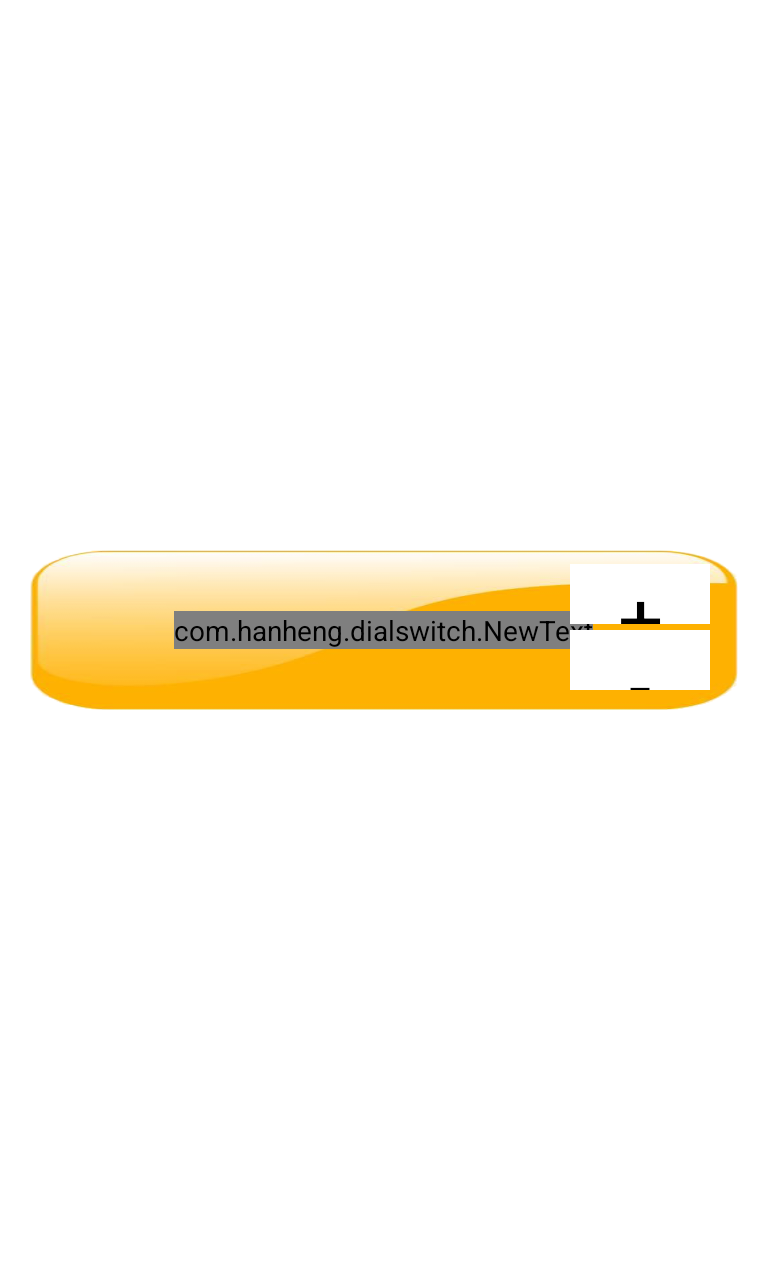
Repository: CovaWang/temporary_embedded
Layout: 7#车联·共享单车/代码/代码/res/layout/display.xml
These files come from the project's save history. The layout is drawn as it stood at one moment and after the next save; the edit follows.
Pictures or frames that could not be fetched are drawn as grey boxes. It is drawn on a 768 x 1280 px phone screen (xhdpi) without system bars, with theme AppTheme; the app's code is not run.

Above is the layout before, as saved 2024-05-15 12:03:45.

### 7#车联·共享单车/代码/代码/res/layout/display.xml
<?xml version="1.0" encoding="utf-8"?>
<LinearLayout xmlns:android="http://schemas.android.com/apk/res/android"
    android:layout_width="match_parent"
    android:layout_height="match_parent"
    android:gravity="center"
    android:orientation="vertical">

  <RelativeLayout
        android:layout_width="wrap_content"
        android:layout_height="80dp"
        android:layout_marginBottom="10dp"
        android:background="@drawable/btn">

        <com.hanheng.dialswitch.NewText
            android:layout_width="wrap_content"
            android:layout_height="wrap_content"
            android:layout_centerInParent="true"
            android:gravity="center"
            android:text="8888"
            android:textColor="#66C0C0C0"
            android:textSize="60dp"
            android:textStyle="bold" />

        <com.hanheng.dialswitch.NewText
            android:id="@+id/counterText"
            android:layout_width="wrap_content"
            android:layout_height="wrap_content"
            android:layout_centerInParent="true"
            android:layout_marginTop="5dp"
            android:gravity="center"
            android:text="0000"
            android:textSize="60dp"
            android:textStyle="bold" />

        <Button
        android:id="@+id/temp_btn_plus"
        android:layout_width="70dp"
        android:layout_height="30dp"
        android:layout_marginTop="7dp"
        android:layout_marginLeft="270dp"
        android:background="#FFFFFF"
        android:text="+"
        android:textSize="40dp"
        android:textColor="#000000" />

        <Button
        android:id="@+id/temp_btn_sub"
        android:layout_width="70dp"
        android:layout_height="30dp"
        android:layout_marginTop="40dp"
        android:layout_marginLeft="270dp"
        android:background="#FFFFFF"
        android:text="-"
        android:textSize="40dp"
        android:textColor="#000000" />
    </RelativeLayout>

</LinearLayout>

### 7#车联·共享单车/代码/代码/res/values/styles.xml
<resources>

    <!--
        Base application theme, dependent on API level. This theme is replaced
        by AppBaseTheme from res/values-vXX/styles.xml on newer devices.

    -->
    <style name="AppBaseTheme" parent="android:Theme.Light">
        <!--
            Theme customizations available in newer API levels can go in
            res/values-vXX/styles.xml, while customizations related to
            backward-compatibility can go here.

        -->
    </style>

    <!-- Application theme. -->
    <style name="AppTheme" parent="AppBaseTheme">
        <!-- All customizations that are NOT specific to a particular API-level can go here. -->
    </style>
    <!-- 高宽都包裹内容 -->
    <style name="wrapcontent">
        <item name="android:layout_width">wrap_content</item>
        <item name="android:layout_height">wrap_content</item>
    </style>

    <!-- 自定义对话框样式 -->
    <style name="dialog_custom" parent="android:style/Theme.Dialog">
        <item name="android:windowFrame">@null</item>
        <item name="android:windowNoTitle">true</item>
        <item name="android:background">#00000000</item>
        <item name="android:windowBackground">@android:color/transparent</item>
    </style>
    <!-- TextView 16sp样式 -->
    <style name="textview16sp" parent="wrapcontent">
        <item name="android:textSize">16sp</item>
        <item name="android:gravity">center_vertical</item>
    </style>

    <!-- TextView 14sp样式 -->
    <style name="textview12sp" parent="wrapcontent">
        <item name="android:textSize">12sp</item>
        <item name="android:gravity">center_vertical</item>
    </style>
    <!-- TextView 14sp样式 -->
    <style name="textview14sp" parent="wrapcontent">
        <item name="android:textSize">14sp</item>
        <item name="android:gravity">center_vertical</item>
    </style>

    <!-- 宽度为0dp,高度为包裹内容，权重为1 -->
    <style name="zero_widthwrapcontent">
        <item name="android:layout_width">0dp</item>
        <item name="android:layout_height">wrap_content</item>
        <item name="android:layout_weight">1</item>
    </style>

    <!-- 黄色14sp,图片间距为5dp的textview -->
    <style name="tvyellow14sp" parent="zero_widthwrapcontent">
        <item name="android:textSize">14sp</item>
        <item name="android:drawablePadding">3dp</item>
        <item name="android:gravity">center</item>
        <item name="android:textColor">@color/bright_yellow</item>
    </style>

</resources>

Loaded but not shown: 7#车联·共享单车/代码/代码/res/values-v11/styles.xml (common file); 7#车联·共享单车/代码/代码/res/values-v14/styles.xml (common file)

After the next save:
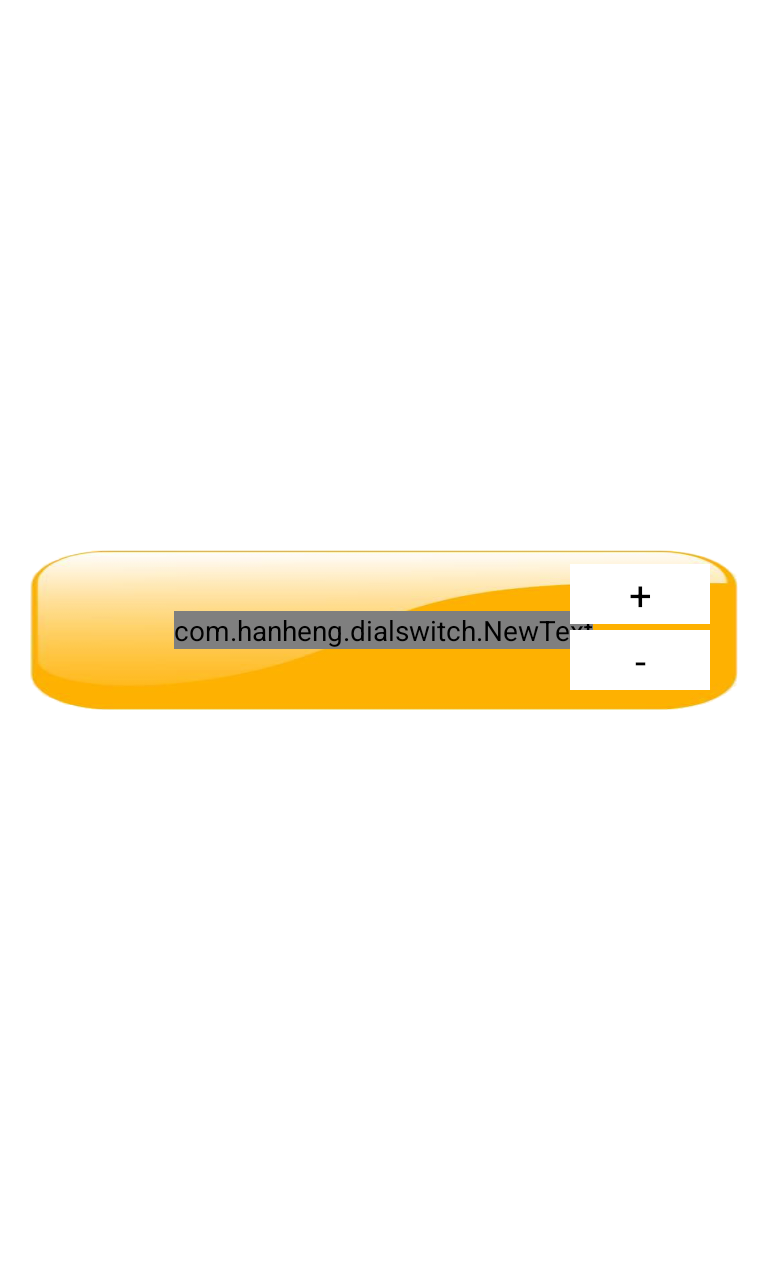
Saved 26 s later.
--- a/7#车联·共享单车/代码/代码/res/layout/display.xml
+++ b/7#车联·共享单车/代码/代码/res/layout/display.xml
@@ -40,7 +40,7 @@
         android:layout_marginLeft="270dp"
         android:background="#FFFFFF"
         android:text="+"
-        android:textSize="40dp"
+        android:textSize="20dp"
         android:textColor="#000000" />
 
         <Button
@@ -51,7 +51,7 @@
         android:layout_marginLeft="270dp"
         android:background="#FFFFFF"
         android:text="-"
-        android:textSize="40dp"
+        android:textSize="20dp"
         android:textColor="#000000" />
     </RelativeLayout>
 
